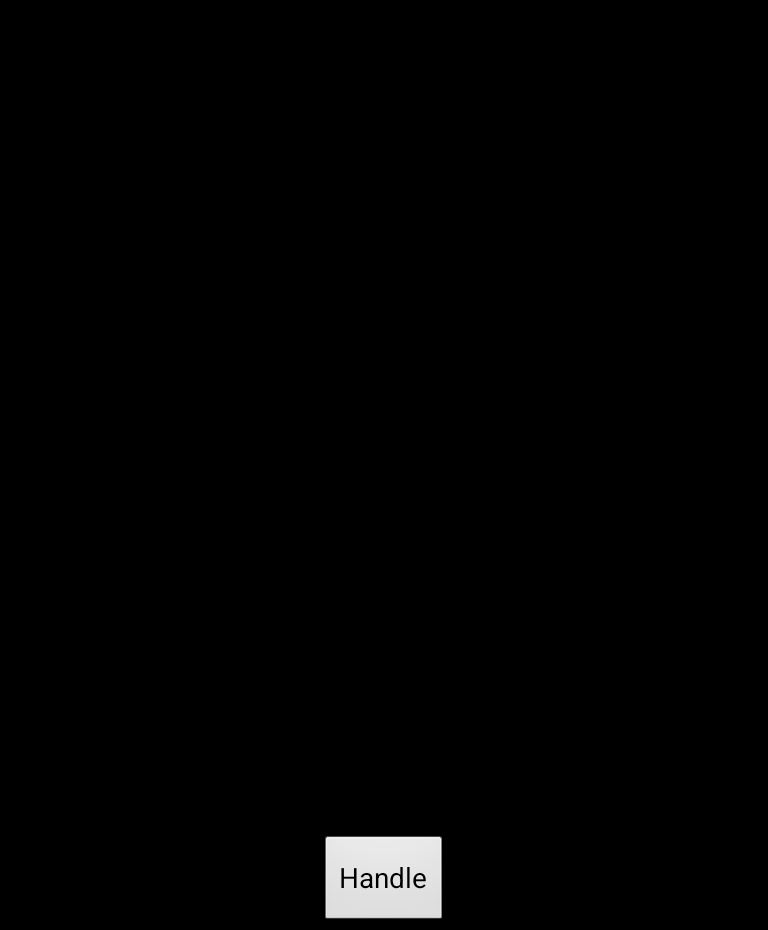
Repository: declanshanaghy/JabberBot
Layout: PhonicCtrl/PhonicAndroid/res/layout/phonic.xml
These files come from the project's save history. The layout is drawn as it stood at one moment and after the next save; the edit follows.
The pictures show rows 350 to 1280 of an output 1280 px tall.
It is drawn on a 768 x 1280 px phone screen (xhdpi) without system bars, with theme android:Theme; the app's code is not run.

Above is the layout before, as saved 2011-03-23 15:38:36.

After the next save:
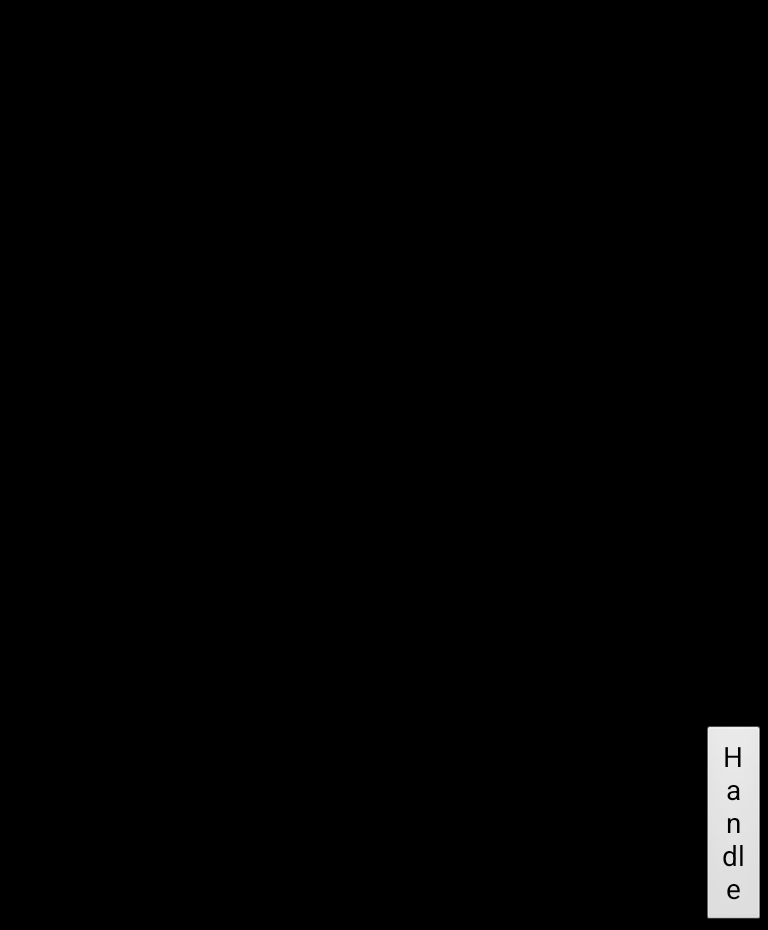
Saved 13 h 23 min later.
--- a/PhonicCtrl/PhonicAndroid/res/layout/phonic.xml
+++ b/PhonicCtrl/PhonicAndroid/res/layout/phonic.xml
@@ -1,13 +1,13 @@
 
-<RelativeLayout android:id="@+id/relativeLayout1"
+<LinearLayout android:id="@+id/linearLayout1" android:orientation="horizontal"
 	android:layout_width="fill_parent" android:layout_height="fill_parent"
 	xmlns:android="http://schemas.android.com/apk/res/android">
 	<com.MobileAnarchy.Android.Widgets.Joystick.JoystickView
 		android:id="@+id/jvDrive" android:layout_width="175dip"
-		android:layout_height="175dip" android:layout_below="@+id/jvDrive"/>
+		android:layout_height="175dip"/>
 	<com.MobileAnarchy.Android.Widgets.Joystick.JoystickView
 		android:id="@+id/jvLook" android:layout_width="175dip"
-		android:layout_height="175dip" android:layout_toRightOf="@+id/jvDrive"/>
+		android:layout_height="175dip"/>
 
 	<SlidingDrawer android:id="@+id/vDrawer"
 		android:layout_width="match_parent" android:layout_height="match_parent"
@@ -19,4 +19,4 @@
 			android:layout_height="match_parent" android:id="@+id/content"></LinearLayout>
 	</SlidingDrawer>
 
-</RelativeLayout>
+</LinearLayout>

After the save that followed:
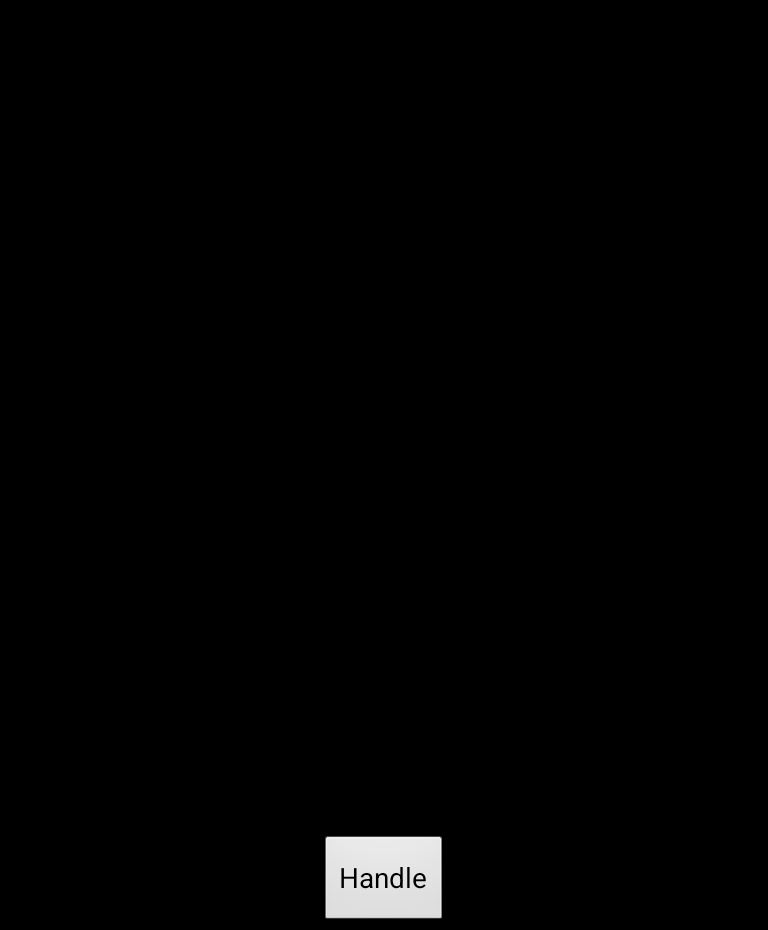
Saved 61 s later.
--- a/PhonicCtrl/PhonicAndroid/res/layout/phonic.xml
+++ b/PhonicCtrl/PhonicAndroid/res/layout/phonic.xml
@@ -1,22 +1,26 @@
+<FrameLayout android:id="@+id/frameLayout1"
+	android:layout_width="fill_parent" android:layout_height="fill_parent"
+	xmlns:android="http://schemas.android.com/apk/res/android">
 
 <LinearLayout android:id="@+id/linearLayout1" android:orientation="horizontal"
-	android:layout_width="fill_parent" android:layout_height="fill_parent"
-	xmlns:android="http://schemas.android.com/apk/res/android">
+	android:layout_width="fill_parent" android:layout_height="fill_parent">
+
 	<com.MobileAnarchy.Android.Widgets.Joystick.JoystickView
 		android:id="@+id/jvDrive" android:layout_width="175dip"
 		android:layout_height="175dip"/>
 	<com.MobileAnarchy.Android.Widgets.Joystick.JoystickView
 		android:id="@+id/jvLook" android:layout_width="175dip"
 		android:layout_height="175dip"/>
+</LinearLayout>
 
-	<SlidingDrawer android:id="@+id/vDrawer"
-		android:layout_width="match_parent" android:layout_height="match_parent"
-		android:handle="@+id/handle" android:content="@+id/content"
-		android:layout_alignParentLeft="true">
-		<Button android:layout_height="wrap_content" android:text="Handle"
-			android:layout_width="wrap_content" android:id="@+id/handle"></Button>
-		<LinearLayout android:layout_width="match_parent"
-			android:layout_height="match_parent" android:id="@+id/content"></LinearLayout>
-	</SlidingDrawer>
+<SlidingDrawer android:id="@+id/vDrawer"
+	android:layout_width="match_parent" android:layout_height="match_parent"
+	android:handle="@+id/handle" android:content="@+id/content"
+	android:layout_alignParentLeft="true">
+	<Button android:layout_height="wrap_content" android:text="Handle"
+		android:layout_width="wrap_content" android:id="@+id/handle"></Button>
+	<LinearLayout android:layout_width="match_parent"
+		android:layout_height="match_parent" android:id="@+id/content"></LinearLayout>
+</SlidingDrawer>
 
-</LinearLayout>
+</FrameLayout>
